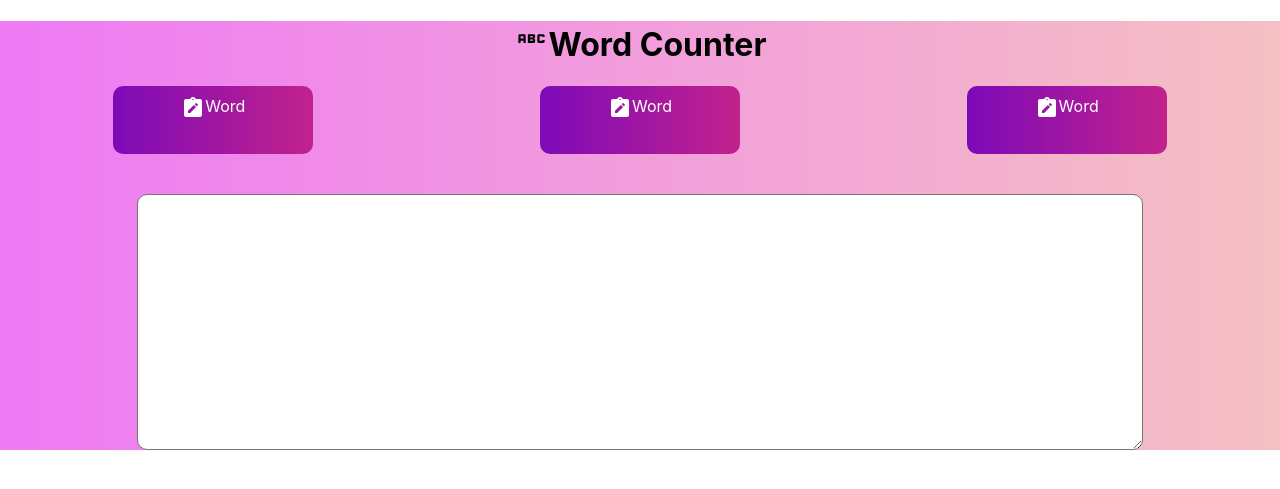
Repository: 123cuongcao/nopbai-basic
Page: /
An editor plug-in stored every save of this project. The page is shown before and after the next save, followed by the edit.
The browser window is 1280 px wide. The pictures show the whole page.
The project was rebuilt for these pictures with package versions that can differ from the ones it lists, and the page was loaded fresh each time.

Above is the page before, as saved 2023-08-15 11:38:19.

### src/App.js
import logo from './logo.svg';
// import './App.css';
import Index from './components';

function App() {
  return (
    <>
      <Index/>
    </>
  );
}

export default App;

### src/components/index.jsx
import React from "react";
import Box from "./views/box";
import AbcIcon from '@mui/icons-material/Abc';

export default function Index() {
  return (
    <div
      style={{
        background: "linear-gradient(to right,#e002ec86,#f3b6b9db",

      }}
    >
        <h1 style={{textAlign:'center'}}> <span ><AbcIcon fontSize="large"/></span>Word Counter</h1>

      <div style={{display: "flex",justifyContent:'space-around'}} >
        <Box />
        <Box />
        <Box />
      </div>

      <div style={{display:'flex',justifyContent:'center',marginTop:'40px'}}>
        <textarea style={{width:'1000px',height:'250px',borderRadius:'10px',}}></textarea>
      </div>

    </div>
  );
}

### src/components/views/box.jsx
import React from 'react'
import NoteAltIcon from '@mui/icons-material/NoteAlt';

export default function Box() {
  return (
    <div style={{background:'linear-gradient(to right,#7D0AB8,#C2228C',width:'200px',display:'flex',justifyContent:'center',color:'#ffff',borderRadius:'10px'}}>
      <div style={{display:'flex',padding:"10px 30px 30px 30px"}}>
      <span><NoteAltIcon/></span>
      <span>Word</span>
      </div>


    </div>
  )
}

Loaded but not shown: public/index.html (common file); src/index.js (common file); src/index.css (common file); src/reportWebVitals.js (common file)

After the next save:
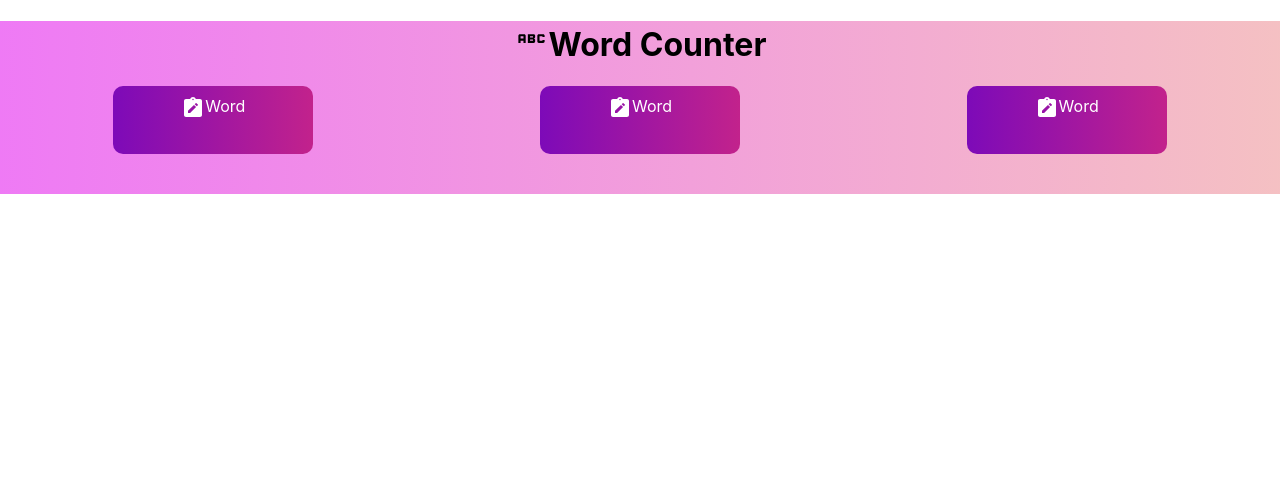
Saved 17 s later.
--- a/src/components/index.jsx
+++ b/src/components/index.jsx
@@ -19,7 +19,7 @@ export default function Index() {
       </div>
 
       <div style={{display:'flex',justifyContent:'center',marginTop:'40px'}}>
-        <textarea style={{width:'1000px',height:'250px',borderRadius:'10px',}}></textarea>
+
       </div>
 
     </div>
